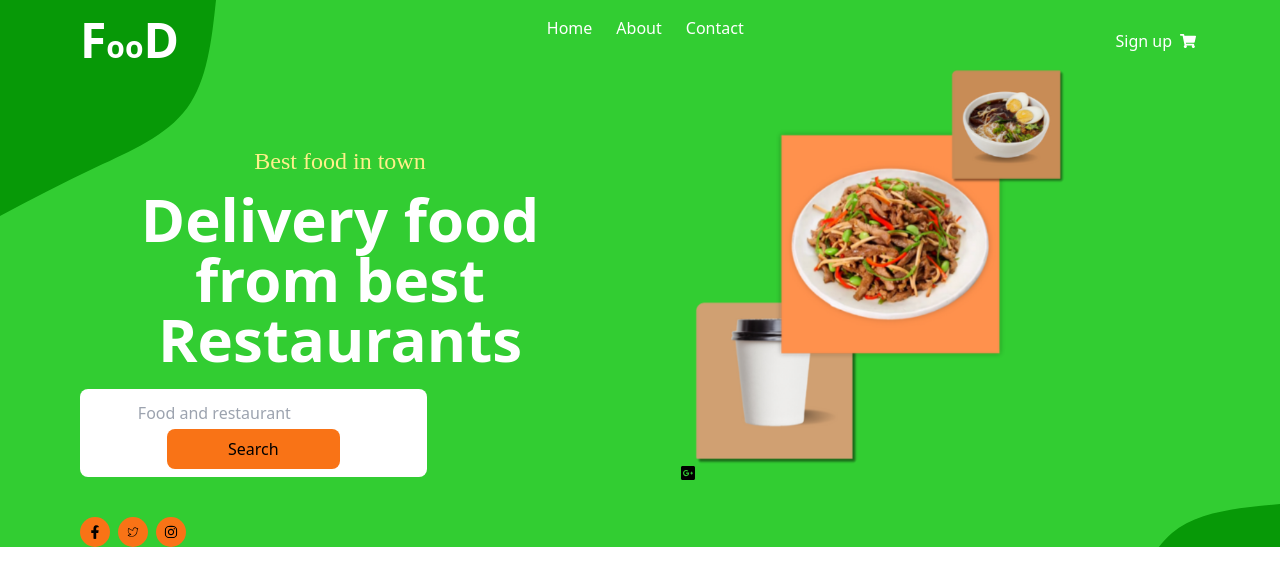
Repository: KhushiCode14/FoodWeb
Page: /
These files come from the project's save history. The page is drawn as it stood at one moment and after the next save; the edit follows.
The browser window is 1280 px wide. The pictures show the whole page.
The project was rebuilt for these pictures with package versions that can differ from the ones it lists, and the page was loaded fresh each time. Also part of the build but not shown: src/components/Home/SignUp.tsx, src/components/Home/SignIn.tsx.

Above is the page before, as saved 2024-09-19 20:29:22.

### src/index.css
@tailwind base;
@tailwind components;
@tailwind utilities;

.bgBack{
  background-image: url(../src/components/images/background.svg);
}

### src/App.tsx
import { Route, BrowserRouter as Router, Routes ,  } from 'react-router-dom';
import './App.css';
import Navbar from './Pages/Navbar';
import Home from './Pages/Home';
import SignUp from './components/Home/SignUp';
import SignIn from './components/Home/SignIn';

function App() {
  return (
    <div className="App bgBack m-0 px-20 pt-2">
      <Router>
        <Navbar/>
      <Routes>
        <Route  path="/" element={<Home/>} />
        <Route  path="/signUp" element={<SignUp/>} />
        <Route  path="/signIn" element={<SignIn/>} />
        {/* <Route  path="/about" element={About} />
        <Route  path="/contact" element={Contact} /> */}
        </Routes>
      </Router>

    </div>
  );
}

export default App;

### src/Pages/Navbar.tsx
import { NavLink } from "react-router-dom"
import { Link } from "react-router-dom"
import { FaShoppingCart } from "react-icons/fa";
import { FaCartPlus } from "react-icons/fa";
import { useState } from "react";
interface nav {
  to: string,
  linkName: string

}
const Navbar: React.FC = () => {
  const [sign, setSign] = useState<string>('Sign up');
  const [cart, setCart] = useState<JSX.Element>(<FaShoppingCart />);
  const navLink: nav[] = [
    { to: "/", linkName: "Home" },
    { to: "/about", linkName: "About" },
    { to: "/contact", linkName: "Contact" },
    // Add more links as needed
  ]
  const handleSign = () => {
    setSign(sign === 'Sign up'? 'Sign in' : 'Sign up');
  }
  const handleCart = () => {
    setCart(prevCart =>
      prevCart.type === FaShoppingCart ? <FaCartPlus /> : <FaShoppingCart />
    );
  };

  return (
    <div className=" mt-2 flex justify-between text-white">
      <div className="font-bold text-3xl"><h1><span className=" text-5xl">F</span>oo<span className=" text-5xl">D</span></h1></div>
      <div>
        {
          navLink.map((link, index) => (
            <Link key={index} to={link.to} className="mx-3 hover:text-gray-800">
              {link.linkName}
            </Link>
          ))
        }
      </div>
      <div className="flex justify-center items-center">
        <button><NavLink to="/signUp" onClick={handleSign} className="m-1">{sign}</NavLink></button>

        <div onClick={handleCart}className="m-1" >
          {cart}
        </div>



      </div>
    </div>
  )
}

export default Navbar

### src/Pages/Home.tsx

import { FaFacebookF, FaGooglePlusSquare, FaInstagram, } from "react-icons/fa"
import { CiTwitter } from "react-icons/ci";
import food from "../components/images/food.png"
import { Link } from "react-router-dom";
const Home: React.FC = () => {
  return (

    <div className=" flex  gap-20 justify-center ">

      <div className="w-1/2 justify-center items-center  mt-20 ">
        <h3 className="font-cursive text-2xl mb-3 text-yellow-200">Best food in town</h3>
        <h1 className="text-6xl mb-5 text-white font-bold">Delivery food from best Restaurants</h1>
        <div className="justify-between">
         <div className="mb-10 rounded-lg bg-white w-2/3 py-2">
         <input type="text" placeholder="Food and restaurant " className="p-1 outline-none"></input>
         <button className="bg-orange-500 p-2 w-1/2 rounded-lg" >Search</button>
         </div>
          <div className="flex gap-2  ">
            <Link to="/about"><FaFacebookF  size={30}className="bg-orange-500  text-black rounded-full font-extrabold  p-2"/>
            </Link>
            <Link to=""> < CiTwitter  size={30}className="bg-orange-500  p-2 rounded-full" />
            </Link>
            <Link to="">  <FaInstagram  size={30}className="bg-orange-500  p-2 rounded-full" />
            </Link>

          </div>
        </div>
      </div>
      <div className="w-1/2 items-center justify-center" >
        <img src={food} alt="logo" width={400} />
        <FaGooglePlusSquare />
      </div>
    </div>
  )
}

export default Home

### tailwind.config.js
/** @type {import('tailwindcss').Config} */
module.exports = {
  content: [
    "./src/**/*.{js,jsx,ts,tsx}",
  ],
  theme: {
    extend: {
      fontFamily: {
        'cursive': ['Pacifico', 'cursive']
      }
    },
  },
  plugins: [],
}

Loaded but not shown: public/index.html (common file); src/index.tsx (common file); src/reportWebVitals.ts (common file); src/App.css (common file)

After the next save:
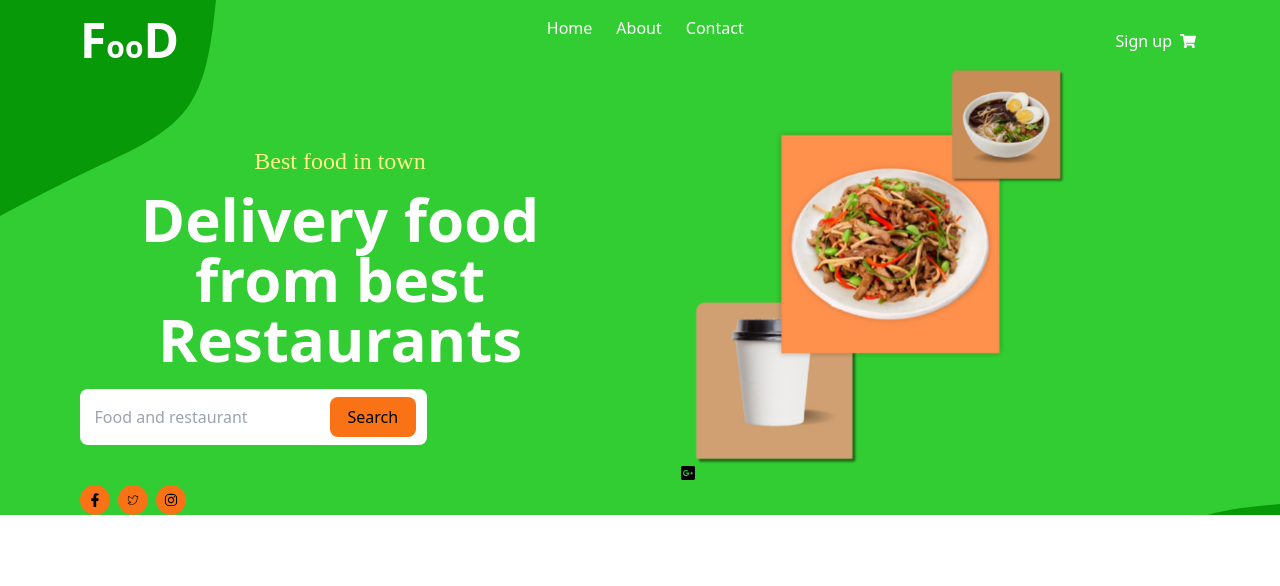
Saved 9 s later.
--- a/src/Pages/Home.tsx
+++ b/src/Pages/Home.tsx
@@ -14,7 +14,7 @@ const Home: React.FC = () => {
         <div className="justify-between">
          <div className="mb-10 rounded-lg bg-white w-2/3 py-2">
          <input type="text" placeholder="Food and restaurant " className="p-1 outline-none"></input>
-         <button className="bg-orange-500 p-2 w-1/2 rounded-lg" >Search</button>
+         <button className="bg-orange-500 p-2 w-1/4 rounded-lg" >Search</button>
          </div>
           <div className="flex gap-2  ">
             <Link to="/about"><FaFacebookF  size={30}className="bg-orange-500  text-black rounded-full font-extrabold  p-2"/>

After the save that followed:
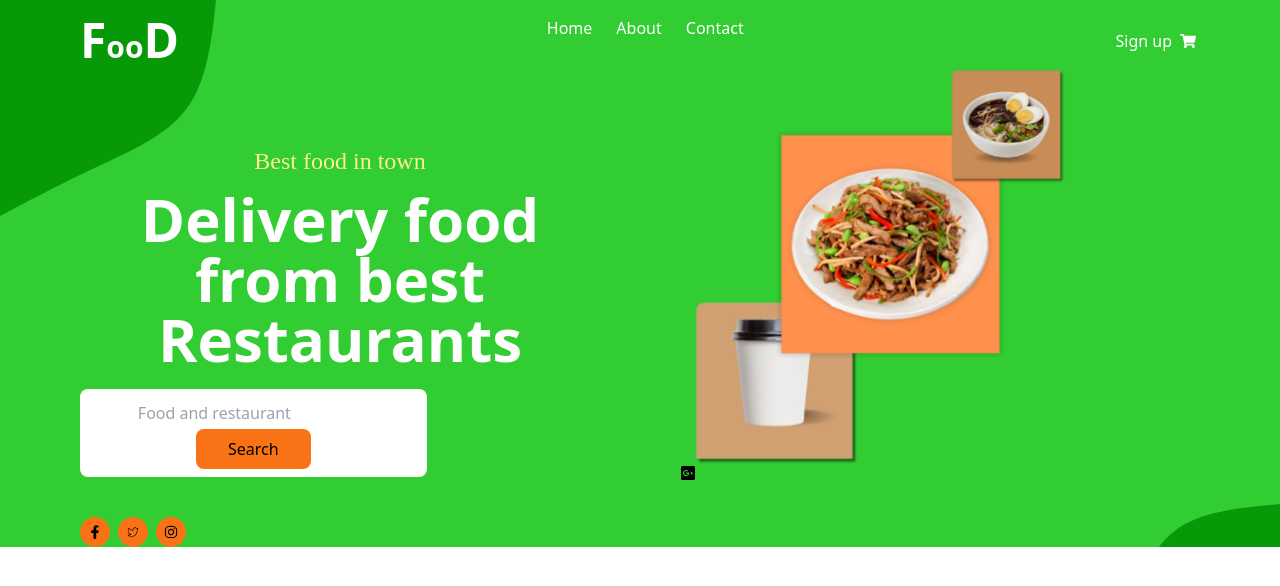
Saved 7 s later.
--- a/src/Pages/Home.tsx
+++ b/src/Pages/Home.tsx
@@ -14,7 +14,7 @@ const Home: React.FC = () => {
         <div className="justify-between">
          <div className="mb-10 rounded-lg bg-white w-2/3 py-2">
          <input type="text" placeholder="Food and restaurant " className="p-1 outline-none"></input>
-         <button className="bg-orange-500 p-2 w-1/4 rounded-lg" >Search</button>
+         <button className="bg-orange-500 p-2 w-1/3 rounded-lg" >Search</button>
          </div>
           <div className="flex gap-2  ">
             <Link to="/about"><FaFacebookF  size={30}className="bg-orange-500  text-black rounded-full font-extrabold  p-2"/>
